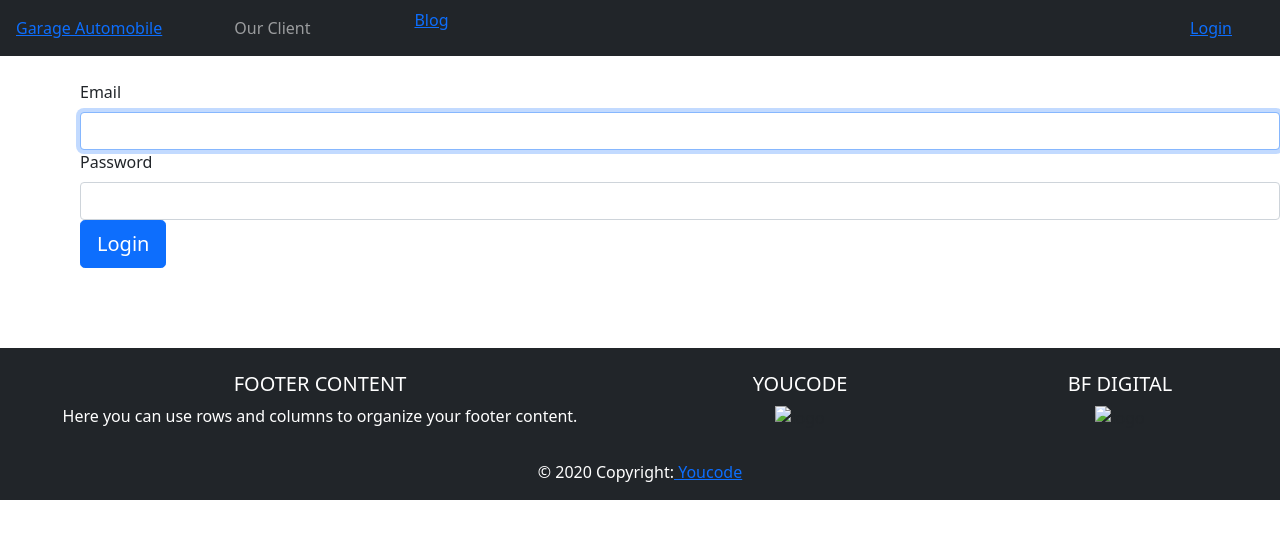
Repository: abdelhak-f/Fil-Rouge
Page: /login (app in client/)
These files come from the project's save history. The page is drawn as it stood at one moment and after the next save; the edit follows.
The browser window is 1280 px wide. The pictures show the whole page.
The project was rebuilt for these pictures with package versions that can differ from the ones it lists, and the page was loaded fresh each time. Also part of the build but not shown: client/src/components/Text.jsx, client/src/components/forms/FirstFrontForm.jsx, client/src/components/Body.jsx, client/src/components/Blog.jsx, client/src/components/forms/FormGarage.jsx.

Above is the page before, as saved 2021-09-10 16:46:38.

### client/public/index.html
<!DOCTYPE html>
<html lang="en">
  <head>
    <meta charset="utf-8" />
    <link rel="icon" href="%PUBLIC_URL%/favicon.ico" />
    <meta name="viewport" content="width=device-width, initial-scale=1" />
    <meta name="theme-color" content="#000000" />
    <meta
      name="description"
      content="Web site created using create-react-app"
    />
    <!--   import bootstrao  -->
    <link
  rel="stylesheet"
  href="https://cdn.jsdelivr.net/npm/bootstrap@5.1.0/dist/css/bootstrap.min.css"
  integrity="sha384-KyZXEAg3QhqLMpG8r+8fhAXLRk2vvoC2f3B09zVXn8CA5QIVfZOJ3BCsw2P0p/We"
  crossorigin="anonymous"
  />

    <link rel="apple-touch-icon" href="%PUBLIC_URL%/logo192.png" />
    <!--
      manifest.json provides metadata used when your web app is installed on a
      user's mobile device or desktop. See https://developers.google.com/web/fundamentals/web-app-manifest/
    -->
    <link rel="manifest" href="%PUBLIC_URL%/manifest.json" />
    <!--
      Notice the use of %PUBLIC_URL% in the tags above.
      It will be replaced with the URL of the `public` folder during the build.
      Only files inside the `public` folder can be referenced from the HTML.

      Unlike "/favicon.ico" or "favicon.ico", "%PUBLIC_URL%/favicon.ico" will
      work correctly both with client-side routing and a non-root public URL.
      Learn how to configure a non-root public URL by running `npm run build`.
    -->
    <title>React App</title>
  </head>
  <body>
    <noscript>You need to enable JavaScript to run this app.</noscript>
    <div id="root"></div>
    <!--
      This HTML file is a template.
      If you open it directly in the browser, you will see an empty page.

      You can add webfonts, meta tags, or analytics to this file.
      The build step will place the bundled scripts into the <body> tag.

      To begin the development, run `npm start` or `yarn start`.
      To create a production bundle, use `npm run build` or `yarn build`.
    -->
  </body>
</html>

### client/src/index.js
import React from 'react';
import ReactDOM from 'react-dom';
import './index.css';
import App from './App';
import reportWebVitals from './reportWebVitals';

// import bootstrap
import 'bootstrap/dist/css/bootstrap.min.css';

ReactDOM.render(
  <React.StrictMode>
    <App />
  </React.StrictMode>,
  document.getElementById('root')
);

// If you want to start measuring performance in your app, pass a function
// to log results (for example: reportWebVitals(console.log))
// or send to an analytics endpoint. Learn more: https://bit.ly/CRA-vitals
reportWebVitals();

### client/src/App.js
// import './App.css';
import React from 'react';

import Navbar from './components/Nnavbar';
import Body from './components/Body';
import Footer from './components/Footer';
import Blog from './components/Blog';
import FormGarage from './components/forms/FormGarage'
import Login from './components/Login';

import { BrowserRouter as Router, Switch, Route } from 'react-router-dom';






function App() {
  return (


    <>
<Router>

     <Navbar />




    <Switch>
    <Route  path="/" exact component={Body} />
    <Route  path="/Blog" component={Blog} />
    <Route  path="/FormGarage" component={FormGarage} />
    <Route  path="/login" component={Login} />
    </Switch>

    <Footer/>
</Router>
    </>

  );
}

export default App;

### client/src/components/Nnavbar.jsx
import React from 'react';
import { NavLink } from 'react-router-dom';

import * as ReactBootstrap from 'react-bootstrap';









function Navbar() {
    return(
      <>

            <ReactBootstrap.Navbar className="mb-5" collapseOnSelect expand="lg" bg="dark" variant="dark" fixed="top">

 <NavLink className="mx-3" to="/">Garage Automobile</NavLink>
 <ReactBootstrap.Navbar.Toggle aria-controls="responsive-navbar-nav" />
 <ReactBootstrap.Navbar.Collapse id="responsive-navbar-nav">
   <ReactBootstrap.Nav className="me-auto">
     <ReactBootstrap.Nav.Link className="mx-5" href="#features">Our Client</ReactBootstrap.Nav.Link>
     <NavLink  className="px-5" to="/blog">Blog</NavLink>
     {/* <ReactBootstrap.NavDropdown title="Dropdown" id="collasible-nav-dropdown">
       <ReactBootstrap.NavDropdown.Item href="#action/3.1">Action</ReactBootstrap.NavDropdown.Item>
       <ReactBootstrap.NavDropdown.Item href="#action/3.2">Another action</ReactBootstrap.NavDropdown.Item>
       <ReactBootstrap.NavDropdown.Item href="#action/3.3">Something</ReactBootstrap.NavDropdown.Item>
       <ReactBootstrap.NavDropdown.Divider />
       <ReactBootstrap.NavDropdown.Item href="#action/3.4">Separated link</ReactBootstrap.NavDropdown.Item>
     </ReactBootstrap.NavDropdown> */}
   </ReactBootstrap.Nav>
   <ReactBootstrap.Nav>
     <NavLink  className="px-5"  to="/login"> Login</NavLink>
     {/* <ReactBootstrap.Nav.Link eventKey={2} href="#memes">
       Admin
     </ReactBootstrap.Nav.Link> */}
   </ReactBootstrap.Nav>
 </ReactBootstrap.Navbar.Collapse>

</ReactBootstrap.Navbar>





</>

    )
}

export default Navbar ;

### client/src/components/Footer.jsx
import React from "react";


function Footer () {
    return(
<footer  className="pt-4 page-footer font-small blue bg-dark ">
    <div className="text-center container-fluid text-md-left ">
        <div className="row">
            <div className="mt-3 text-white col-md-6 mt-md-0">
                <h5 className=" text-uppercase">Footer Content</h5>
                <p >Here you can use rows and columns to organize your footer content.</p>
            </div>

            <hr className="clearfix pb-0 w-100 d-md-none"/>

            <div className="mb-3 col-md-3 mb-md-0">
                <h5 className="text-white text-uppercase">Youcode</h5>
                <img src="" alt="logo" width={300} /></div>

            <div className="mb-3 col-md-3 mb-md-0">
                <h5 className="text-white text-uppercase " >BF Digital</h5>
                <img src="" alt="logo" width={300} />
            </div>
        </div>
    </div>

    <div className="py-3 text-center text-white footer-copyright " >© 2020 Copyright:
        <a href="https://www.youcode.ma/"> Youcode</a>
    </div>

</footer>
)

}

export default Footer

### client/src/components/Login.jsx
import React from 'react';
import './css/style.css';
import {Form, Container,Jumbotron, Button, Row, Col,} from 'react-bootstrap';

function Login() {
  return (
    <div className="Login">
    <Form
    // onSubmit={handleSubmit}
    >
      <Form.Group size="lg" controlId="email">
        <Form.Label>Email</Form.Label>
        <Form.Control
          autoFocus
          type="email"
        //   value={email}
        //   onChange={(e) => setEmail(e.target.value)}
        />
      </Form.Group>
      <Form.Group size="lg" controlId="password">
        <Form.Label>Password</Form.Label>
        <Form.Control
          type="password"
        //   value={password}
        //   onChange={(e) => setPassword(e.target.value)}
        />
      </Form.Group>
      <Button block size="lg" type="submit"
    //   disabled={!validateForm()}
      >
        Login
      </Button>
    </Form>
  </div>
);
}


export default Login

### client/src/components/css/style.css

.Blog {
    margin-top: 5rem;
    margin-bottom: 5rem;
  }
  .Login{
    margin-top: 5rem;
    margin-bottom: 5rem;
    margin-left: 5rem;
  }

  .form-inline {
      margin-top:  5%;
      width: 80%;
      height: 5%;
  }

Loaded but not shown: client/src/index.css (common file); client/src/reportWebVitals.js (common file)

After the next save:
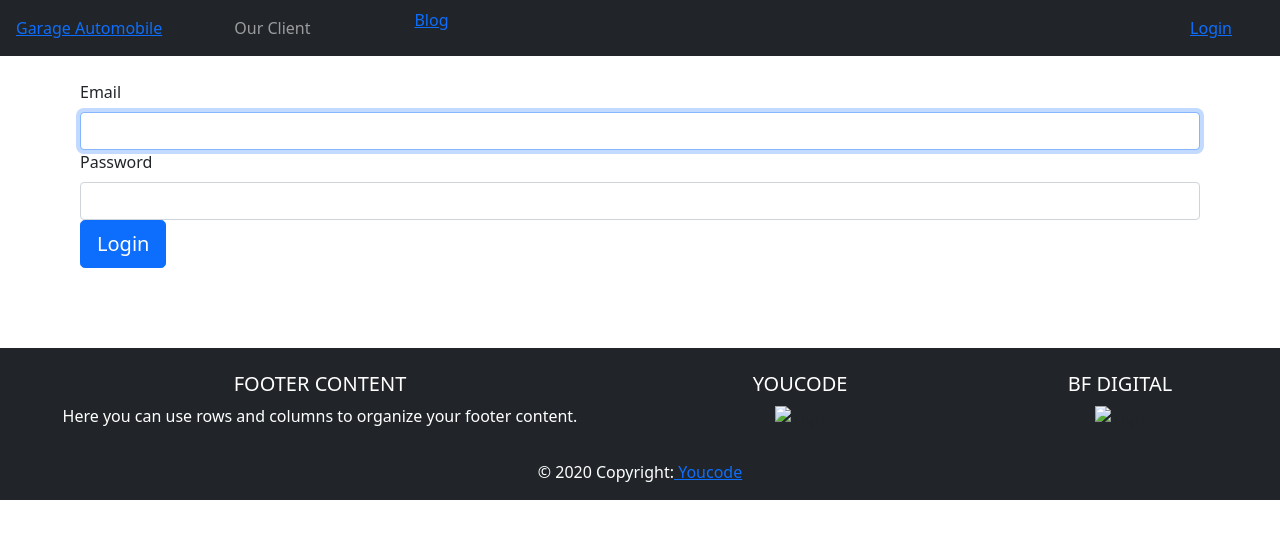
Saved 9 s later.
--- a/client/src/components/css/style.css
+++ b/client/src/components/css/style.css
@@ -7,6 +7,7 @@
     margin-top: 5rem;
     margin-bottom: 5rem;
     margin-left: 5rem;
+    margin-right: 5rem;
   }
 
   .form-inline {
